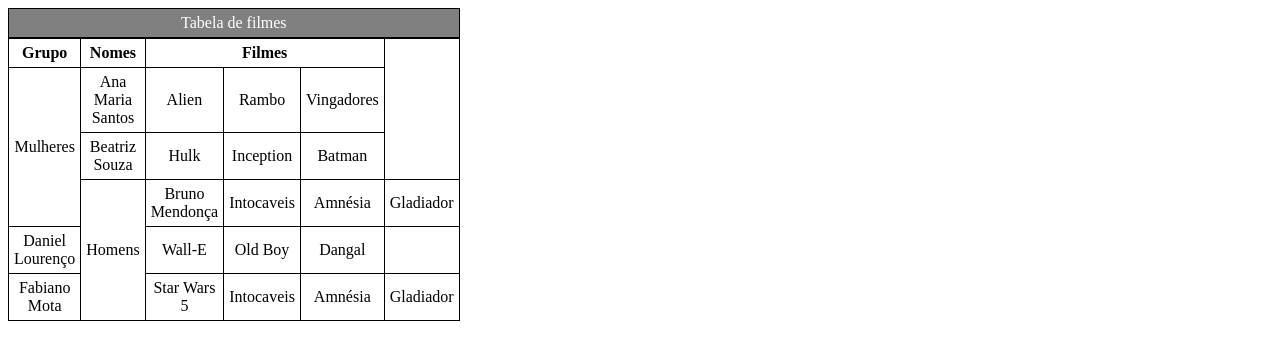
Repository: Lucianorodriguesdev/cursoHTML-CSS
Page: ex023/tabelas/index.html
An editor plug-in stored every save of this project. The page is shown before and after the next save, followed by the edit.
The browser window is 1280 px wide. The pictures show the whole page.

Above is the page before, as saved 2026-06-23 22:02:24.

After the next save:
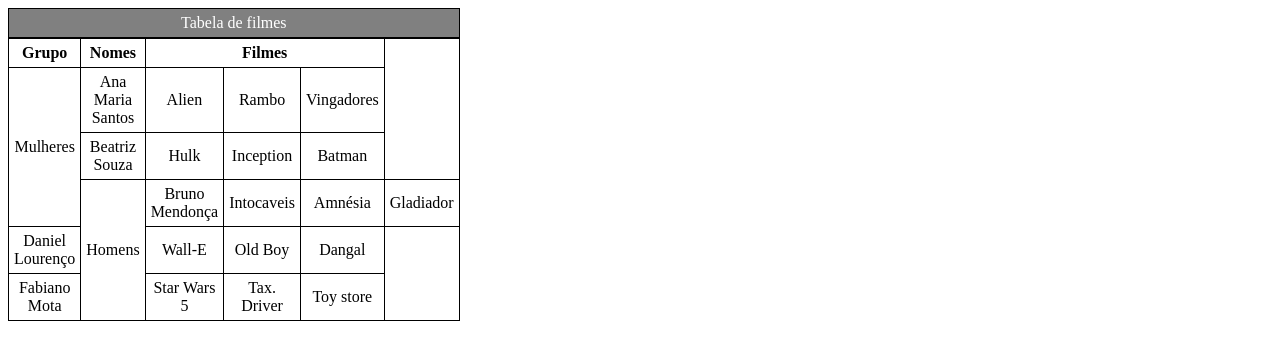
Saved 36 s later.
--- a/ex023/tabelas/index.html
+++ b/ex023/tabelas/index.html
@@ -69,9 +69,9 @@
             <tr>
                 <td >Fabiano Mota</td>
                 <td>Star Wars 5</td>
-                <td>Intocaveis</td>
-                <td>Amnésia</td>
-                <td>Gladiador</td>
+                <td>Tax. Driver</td>
+                <td>Toy store</td>
+
 
             </tr>
         </tbody>
